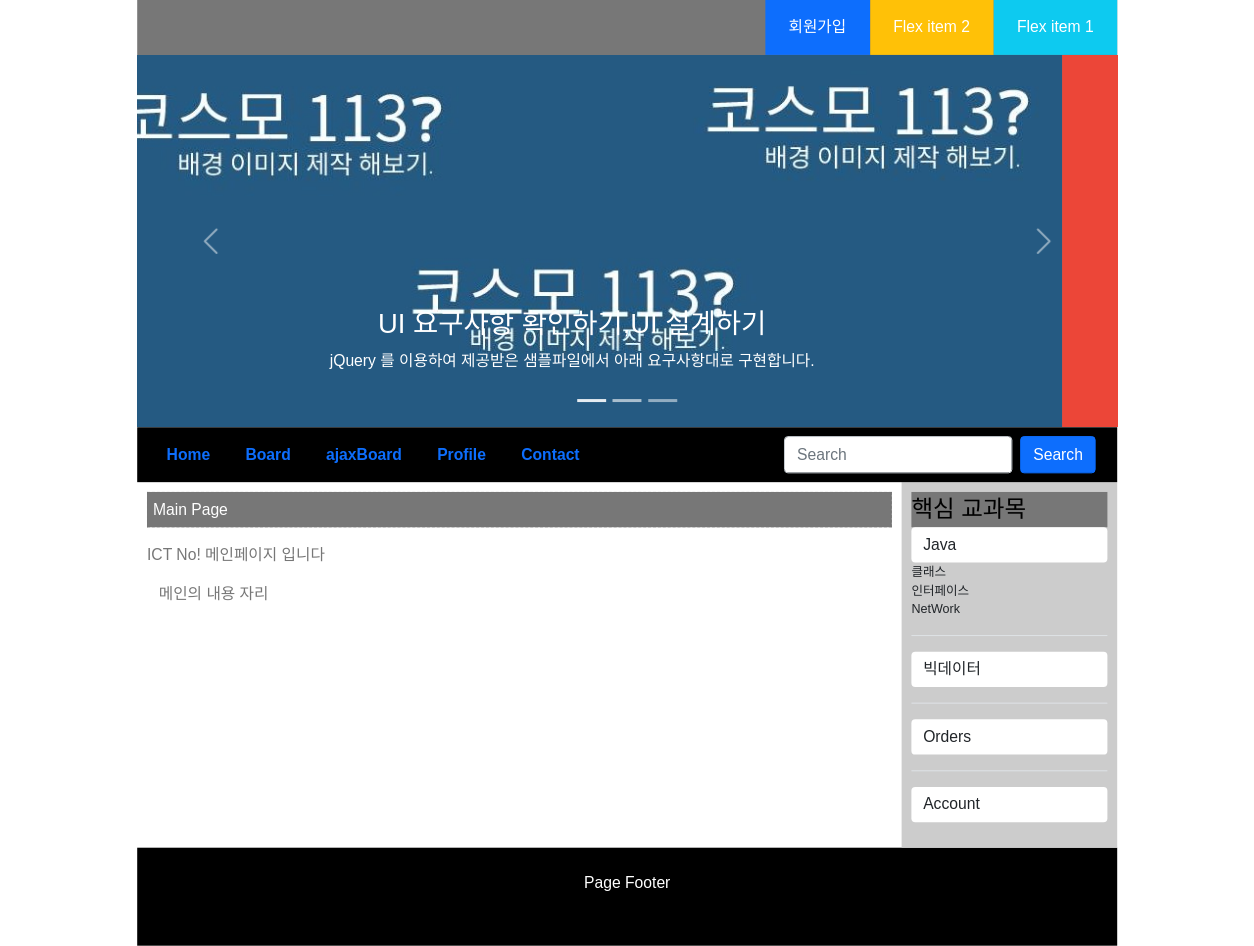
Repository: ilsang7389/12321
Page: http://localhost/spring1019_20_mvc/WEB-INF/views/main/index.jsp
The author's editor kept a copy of each file at every save. The page is drawn from the files as they stood at one save, then again after a run of saves.
The browser window is 1280 px wide. The pictures show the whole page, at 98% of full size.
Some web libraries are served in a nearby version. The page is served by Tomcat 9. Nobody is signed in. Other server files are loaded and not shown. The template is opened directly, without the code that normally fills it, so the values that code supplies are empty.

Above is the page before, as saved 2023-10-20 01:17:47.

### spring1019_20_mvc/WebContent/WEB-INF/views/main/index.jsp
<%@ page language="java" contentType="text/html; charset=EUC-KR"
	pageEncoding="EUC-KR"%>
<%@include file="../temp/header.jsp"%>

<article>
	<header style="color: white;"> Main Page</header>
	<ul class="list-unstyled">
		<li class="boarder-top my-3">ICT No! 메인페이지 입니다 </li>
	</ul>
	<div class="container">
	메인의 내용 자리
	</div>
</article>
<%@include file="../temp/footer.jsp"%>

### spring1019_20_mvc/WebContent/WEB-INF/views/temp/header.jsp
<%@ page language="java" contentType="text/html; charset=EUC-KR"
    pageEncoding="EUC-KR"%>
<%@taglib prefix="c" uri="http://java.sun.com/jsp/jstl/core" %>
<!DOCTYPE html>
<html>
 <head>
  <TITLE> New Document </TITLE>
  <meta charset="euc-kr">
  <meta name="viewport" content="width=device-width, initial-scale=1">
  <link href="https://cdn.jsdelivr.net/npm/bootstrap@5.1.3/dist/css/bootstrap.min.css" rel="stylesheet">
  <link rel="stylesheet" href="resources/css/style.css"/>
  <script src="https://cdn.jsdelivr.net/npm/bootstrap@5.1.3/dist/js/bootstrap.bundle.min.js"></script>
 <link rel="stylesheet" href="https://cdnjs.cloudflare.com/ajax/libs/font-awesome/4.7.0/css/font-awesome.min.css"/>
 <script src="https://cdnjs.cloudflare.com/ajax/libs/jquery/3.2.1/jquery.min.js"></script>
 <script src="<%=application.getContextPath()%>/resources/js/ajaxdemo1.js"></script>
 <style>
 a{
	text-decoration: none;
}
select.btn-mini {
    height: auto;
    width : 200px;
    line-height: 14px;
}
.card {

    border: none;
    box-shadow: 5px 6px 6px 2px #e9ecef;
    border-radius: 4px;
}
.dots{
  height: 4px;
  width: 4px;
  margin-bottom: 2px;
  background-color: #bbb;
  border-radius: 50%;
  display: inline-block;
}

.badge{
    padding: 7px;
    padding-right: 9px;
    padding-left: 16px;
    box-shadow: 5px 6px 6px 2px #e9ecef;
}

.user-img{
    margin-top: 4px;
}

.check-icon{
    font-size: 17px;
    color: #c3bfbf;
    top: 1px;
    position: relative;
    margin-left: 3px;
}
.form-check-input{
    margin-top: 6px;
    margin-left: -24px !important;
    cursor: pointer;
}
.form-check-input:focus{
    box-shadow: none;
}


.icons i{
    margin-left: 8px;
}
.reply{
    margin-left: 12px;
}

.reply small{
    color: #b7b4b4;
}
.reply small:hover{
    color: green;
    cursor: pointer;
}
.bgGr1 {
	background-color: #0d6efd
}
.bgGr2 {
	background-color: #ffc107
}
.bgGr3 {
	background-color: #0dcaf0
}
#colTitle{
	background-color: #000000;
}

.mytable-condensed{
  font-size: 11px;
}
 </style>
<script>
$(function(){
	$('#searchv').focusin(function() {
		$(this).val("검색어 입력")
	});
	$('#searchv').focusout(function() {
		$(this).val("")
	});

	//let firstColor ="d-flex flex-row-reverse mybgColor";
	console.log("log00 => "+$('.mybgColor').attr('class'));
	$('#item1').click(function(){
		//$(this).attr('class',firstColor)
		console.log("log => "+$('.mybgColor').attr('class'));
		$('.mybgColor').attr('class',function(){
			$(this).attr('style','background-color:#0dcaf0');
			/*
			let changeClass = $(this).attr('class');
			let class_sttr_arr = changeClass.split(" ");
			$.each(class_sttr_arr,function(e,val){
				console.log(e+"::::::::::::::::::"+val)
				if(val.includes("bg-")){
					console.log("================>"+e+":"+val);
					$('.mybgColor').attr('class').replace(val,'bg-info');
				}else{
					changeClass +=" bg-info";
				}
				$('.mybgColor').attr('class',changeClass)
			});
			*/
		});
	});
	$('#item2').click(function(){
		console.log("log => "+$('.mybgColor').attr('class'));
		$('.mybgColor').attr('class',function(){
			$(this).attr('style','background-color:#ffc107');
		});
		//이미지 세팅하기
		let imgArr = ['d1.jpg','d2.jpg','d3.jpg'];
		$('.carousel-item > img').each(function(idx){
			console.log("바뀔 이미지 :"+imgArr[idx]+", log Img => "+$(this).attr('src'));
			$(this).attr('src','resources/image/'+imgArr[idx]);
		});

	});
	$('#item3').click(function(){
		$('.mybgColor').attr('class',function(){
			$(this).attr('style','background-color:#0d6efd');
		});
		//이미지 세팅하기
		let imgArr = ['c1.jpg','c2.jpg','c3.jpg'];
		$('.carousel-item > img').each(function(idx){
			console.log("바뀔 이미지 :"+imgArr[idx]+", log Img => "+$(this).attr('src'));
			$(this).attr('src','resources/image/'+imgArr[idx]);
		});
	});
});
</script>
 </head>
 <body>
<header class="text-white text-center" >
<div class="d-flex flex-row-reverse mybgColor">
  <div class="p-2 bg-info"><a href="#" class="nav-link text-white" id="item1">Flex item 1</a></div>
  <div class="p-2 bg-warning"><a href="#" class="nav-link text-white" id="item2">Flex item 2</a></div>
  <div class="p-2 bg-primary"><a href="#" class="nav-link text-white" id="item3">회원가입</a></div>
</div>
        <!-- Carousel -->
<div id="demo" class="carousel slide" data-bs-ride="carousel">
  <!-- Indicators/dots -->
  <div class="carousel-indicators">
    <button type="button" data-bs-target="#demo" data-bs-slide-to="0" class="active"></button>
    <button type="button" data-bs-target="#demo" data-bs-slide-to="1"></button>
    <button type="button" data-bs-target="#demo" data-bs-slide-to="2"></button>
  </div>

  <!-- The slideshow/carousel -->
  <div class="carousel-inner">
    <div class="carousel-item active">
      <img src="resources/image/d1.jpg" alt="Kosmo113" class="d-block" style="width:100%">
      <div class="carousel-caption">
        <h3>UI 요구사항 확인하기,UI 설계하기 </h3>
        <p>jQuery 를 이용하여 제공받은 샘플파일에서 아래 요구사항대로 구현합니다.</p>
      </div>
    </div>
    <div class="carousel-item">
      <img src="resources/image/d2.jpg" alt="Carousel" class="d-block" style="width:100%">
      <div class="carousel-caption">
        <h3>Carousel 기능을 CSS3로!</h3>
        <p>Thank you, CSS3!</p>
      </div>
    </div>
    <div class="carousel-item">
      <img src="resources/image/d3.jpg" alt="JSP" class="d-block" style="width:100%">
      <div class="carousel-caption">
        <h3>UI 요구사항 확인하기,UI 설계하기 </h3>
        <p>jQuery 를 이용하여 제공받은 샘플파일에서 아래 요구사항대로 구현합니다.</p>
      </div>
    </div>
  </div>

  <!-- Left and right controls/icons -->
  <button class="carousel-control-prev" type="button" data-bs-target="#demo" data-bs-slide="prev">
    <span class="carousel-control-prev-icon"></span>
  </button>
  <button class="carousel-control-next" type="button" data-bs-target="#demo" data-bs-slide="next">
    <span class="carousel-control-next-icon"></span>
  </button>
</div>
</header>
<%--bg-dark navbar-dark --%>
    <nav class="navbar navbar-expand-sm mybgColor" >
     <div class="container-fluid" >
        <ul class="navbar-nav" >
            <li class="nav-item"><a href="main" class="nav-link active" >Home</a></li>
            <li class="nav-item"><a href="boardlist" class="nav-link">Board</a></li>
            <li class="nav-item"><a href="ajaxBoard" class="nav-link">ajaxBoard</a></li>
            <li class="nav-item"><a href="#" class="nav-link">Profile</a></li>
            <li class="nav-item"><a href="#" class="nav-link">Contact</a></li>
        </ul>
        <form class="d-flex">
        <input class="form-control me-2" type="text" placeholder="Search" name="searchv" id="searchv">
        <button class="btn btn-primary" type="button">Search</button>
        </form>
      </div>
    </nav>

### spring1019_20_mvc/WebContent/WEB-INF/views/temp/footer.jsp
<%@ page language="java" contentType="text/html; charset=EUC-KR"
    pageEncoding="EUC-KR"%>
  <aside >
        <header>
             <span class="fs-4">핵심 교과목</span>
        </header>
      <ul class="list-unstyled ">
      <li class="mb-1" >
        <button class="bg-white btn btn-toggle d-inline-flex align-items-center rounded border-0 collapsed " data-bs-toggle="collapse" data-bs-target="#home-collapse" aria-expanded="true">
          Java
        </button>
        <div class="collapse show" id="home-collapse">
          <ul class="btn-toggle-nav list-unstyled">
            <li><a href="#" class="link-dark d-inline-flex text-decoration-none rounded">클래스</a></li>
            <li><a href="#" class="link-dark d-inline-flex text-decoration-none rounded">인터페이스</a></li>
            <li><a href="#" class="link-dark d-inline-flex text-decoration-none rounded">NetWork</a></li>
          </ul>
        </div>
      </li>
      <li class="border-top my-3"></li>
      <li class="mb-1">
        <button class="bg-white btn btn-toggle d-inline-flex align-items-center rounded border-0 collapsed" data-bs-toggle="collapse" data-bs-target="#dashboard-collapse" aria-expanded="false">
                  빅데이터
        </button>
        <div class="collapse" id="dashboard-collapse">
          <ul class="btn-toggle-nav list-unstyled">
            <li><a href="#" class="link-dark d-inline-flex text-decoration-none rounded">Python</a></li>
            <li><a href="#" class="link-dark d-inline-flex text-decoration-none rounded">NumPy</a></li>
            <li><a href="#" class="link-dark d-inline-flex text-decoration-none rounded">Pandas</a></li>
            <li><a href="#" class="link-dark d-inline-flex text-decoration-none rounded">Tensorflow</a></li>
          </ul>
        </div>
      </li>
      <li class="border-top my-3"></li>
      <li class="mb-1">
        <button class="bg-white btn btn-toggle d-inline-flex align-items-center rounded border-0 collapsed" data-bs-toggle="collapse" data-bs-target="#orders-collapse" aria-expanded="false">
          Orders
        </button>
        <div class="collapse" id="orders-collapse">
          <ul class="btn-toggle-nav list-unstyled">
            <li><a href="#" class="link-dark d-inline-flex text-decoration-none rounded">New</a></li>
            <li><a href="#" class="link-dark d-inline-flex text-decoration-none rounded">Processed</a></li>
            <li><a href="#" class="link-dark d-inline-flex text-decoration-none rounded">Shipped</a></li>
            <li><a href="#" class="link-dark d-inline-flex text-decoration-none rounded">Returned</a></li>
          </ul>
        </div>
      </li>
      <li class="border-top my-3"></li>
      <li class="mb-1">
        <button class="bg-white btn btn-toggle d-inline-flex align-items-center rounded border-0 collapsed" data-bs-toggle="collapse" data-bs-target="#account-collapse" aria-expanded="false">
          Account
        </button>
        <div class="collapse" id="account-collapse">
          <ul class="btn-toggle-nav list-unstyled">
            <li><a href="#" class="link-dark d-inline-flex text-decoration-none rounded">New...</a></li>
            <li><a href="#" class="link-dark d-inline-flex text-decoration-none rounded">Profile</a></li>
            <li><a href="#" class="link-dark d-inline-flex text-decoration-none rounded">Settings</a></li>
            <li><a href="#" class="link-dark d-inline-flex text-decoration-none rounded">Sign out</a></li>
          </ul>
        </div>
      </li>
    </ul>

    </aside>

   <footer class="mt-5 p-4 text-white text-center mybgColor">
        Page Footer
    </footer>
<script>
	$(function(){
		$('#wbtn').click(function(){
			location ="boardForm";
		});

	});
</script>
 </body>
</html>

### spring1019_20_mvc/WebContent/resources/js/ajaxdemo1.js
/**
 * ajaxdemo1.js
 */
let xhr = null;

function sendRequest(url,param,callback,method,type){
	xhr = new XMLHttpRequest();
	//전송방식을 분석
	let httpMethod = (method !== 'POST' && method !== 'post')?'GET':'POST';

	//파라미터 값
	let httpParam = (param === null||param ==='')?null:param;

	var httpURL = url;

	//요청 방식에 따라 처리 test.jsp?idx=11
	if(httpMethod === 'GET' && httpParam !== null){
		httpURL = httpURL+"?"+httpParam;
	}
	xhr.onreadystatechange=callback;
	xhr.open(httpMethod,httpURL,true);
	//요청시 타입
	if(type === "json"){
		xhr.setRequestHeader("Content-type", "application/json");
	}else{
		xhr.setRequestHeader("Content-Type","application/x-www-form-urlencoded");
	}
	console.log("httpMethod=>"+httpMethod+":httpParam"+httpParam);
	xhr.send(httpMethod === 'POST'?httpParam:null);
}

### spring1019_20_mvc/WebContent/resources/css/style.css
 body{
	width: 1000px;
	margin: 0 auto;
	font-family: Arial, sans-serif;
	color: #777;
}

/* p{
	margin-top: 20px;
	margin-bottom: 20px;
	line-height: 150%;
}
 */
header {
	background: #777;
	/* padding: 20px; */
	clear: both;
	height: 80%;
}

body header hgroup h1{
	font-size: 3.0em;
	text-transform: uppercase;
	color: #fff;
}

body header hgroup h2{
	font-size: 0.8em;
	color: #fff;
	font-style: italic;
}

body nav{
	padding: 10px;
	background: #000;
	color:#FFFFFF;
	font-weight: bold;
	clear: both;
	-moz-border-radius: 20px 0px;
}

body nav ul{
	padding: 0;
	margin: 0;
	list-style: none;
}

nav ul li{
	display: block;
	float: left;
	margin-right: 20px;
}

footer{
	background: #000;
	padding: 10px;
	height: 100px;
	color: #fff;
	clear: both;
}

nav ul li a{
	color: #fff;
	background: #000;
	text-decoration: none;
	padding: 5px;
	margin: 0;
}

nav ul li a:hover{
	background: #777;
}

article{
	width: 780px;
	padding: 10px;
	float: left;
}

article header{
	border: 1px dashed #777;
	padding: 5px;
}

article header h1{
	color: #000;
	font-size: 2em;
}

time{
	font-size: 0.7em;
	margin-top: 0px;
	margin-bottom: 0px;
}

article section footer{
	border: 1px dashed #777;
	padding: 10px;
}

article>footer{
	font-style: italic;
}

figure{
	margin: 0 auto;
	padding: 20px;
	width: 500px;
	text-align: center;
	border: 1px dashed #ccc;
	clear: both;
}

figure img{
	padding: 10px;
	margin: 0 auto;
}

aside{
	width: 220px;
	padding: 10px;
	float: left;
	background: #ccc;
	color: #000;
	font-size: 0.8em;
}
aside header h1{
	font-size: 1.5em; color:#000;
}
aside button {
	width:100%;
}

After the next 2 saves:
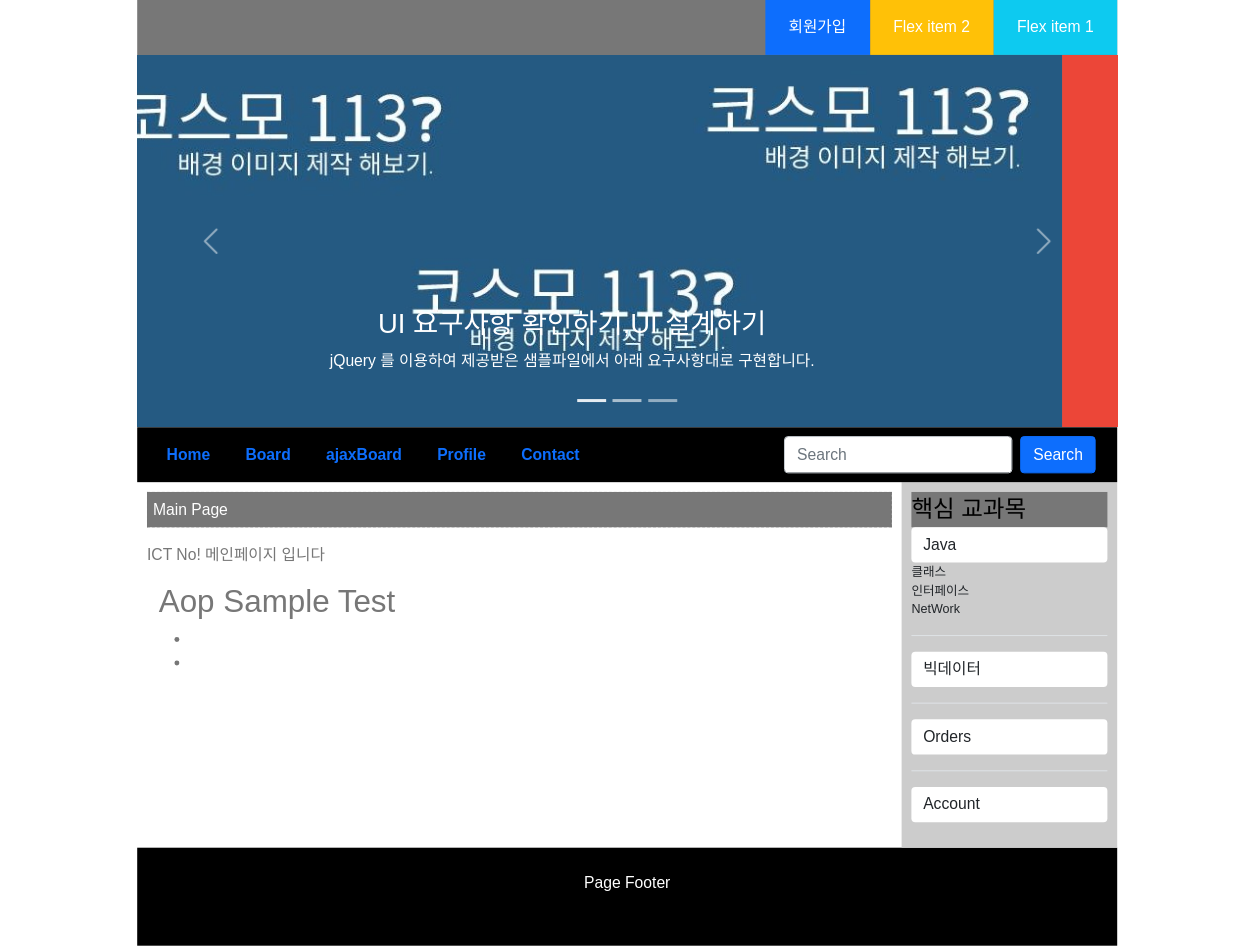
The 2 saves are shown as one change because they came seconds apart.
The last was saved 83 s later.
--- a/spring1019_20_mvc/WebContent/WEB-INF/views/main/index.jsp
+++ b/spring1019_20_mvc/WebContent/WEB-INF/views/main/index.jsp
@@ -5,10 +5,16 @@
 <article>
 	<header style="color: white;"> Main Page</header>
 	<ul class="list-unstyled">
-		<li class="boarder-top my-3">ICT No! 메인페이지 입니다 </li>
+		<li class="boarder-top my-3">ICT No! 메인페이지 입니다</li>
 	</ul>
 	<div class="container">
-	메인의 내용 자리
+		<p>
+		<h2>Aop Sample Test</h2>
+		<ul>
+			<li></li>
+			<li></li>
+		</ul>
+		</p>
 	</div>
 </article>
 <%@include file="../temp/footer.jsp"%>
